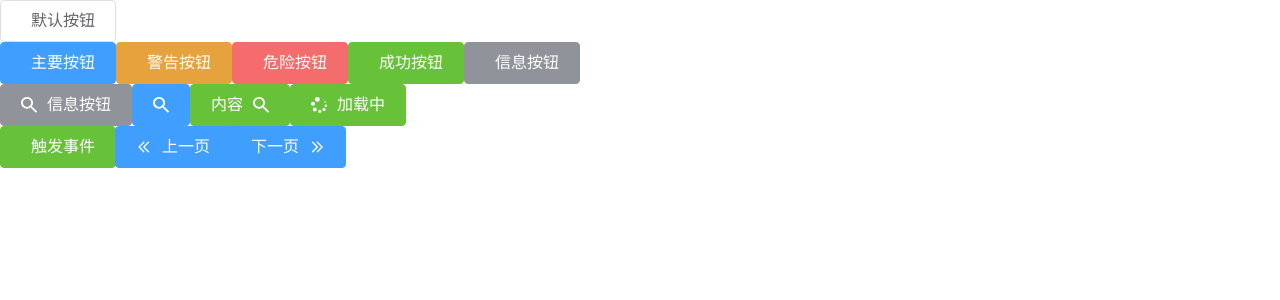
Repository: onlyadaydreamer/dreamer-ui
Page: /
The author's editor kept a copy of each file at every save. The page is drawn from the files as they stood at one save, then again after the next save.
The browser window is 1280 px wide. The pictures show the whole page.
The project was rebuilt for these pictures with package versions that can differ from the ones it lists, and the page was loaded fresh each time. Also part of the build but not shown: src/styles/icon.js, src/packages/index.js.

Above is the page before, as saved 2020-05-14 09:23:47.

### src/main.js
import Vue from 'vue'
import App from './App.vue'

Vue.config.productionTip = false

import dreamerUI from './packages/index';
Vue.use(dreamerUI);

new Vue({
  render: h => h(App),
}).$mount('#app')

### src/App.vue
<template>
    <div id="app">
        <!-- 默认按钮 -->
        <dreamer-button>默认按钮</dreamer-button>
        <br />
        <!-- 带类型的按钮 -->
        <dreamer-button type="primary">主要按钮</dreamer-button>
        <dreamer-button type="warning">警告按钮</dreamer-button>
        <dreamer-button type="danger">危险按钮</dreamer-button>
        <dreamer-button type="success">成功按钮</dreamer-button>
        <dreamer-button type="info">信息按钮</dreamer-button>
        <br />
        <!-- 带icon的按钮 -->
        <dreamer-button type="info" icon="search">信息按钮</dreamer-button>
        <dreamer-button type="primary" icon="search"></dreamer-button>
        <dreamer-button type="success" icon="search" icon-position="right">内容</dreamer-button>
        <!-- loading按钮 -->
        <dreamer-button type="success" icon="loading" :loading="true">加载中</dreamer-button>
        <br />
        <!-- 触发事件 -->
        <dreamer-button type="success" @click="fn">触发事件</dreamer-button>
        <!-- 分组按钮 -->
        <dreamer-button-group>
            <dreamer-button type="primary" icon="icon_paging_left" icon-position="left">上一页</dreamer-button>
            <dreamer-button type="primary" icon="icon_paging_right" icon-position="right">下一页</dreamer-button>
        </dreamer-button-group>
    </div>
</template>

<script>

export default {
    name: 'app',
    methods: {
        fn() {
            alert('click');
        }
    }
}
</script>

<style lang="scss">
</style>

### src/packages/button.vue
<template>
    <button class="dreamer-button" :class="btnClass" :disabled="loading" @click="$emit('click', $event)">
        <dreamer-icon v-if="icon && !loading" :icon="icon" class="icon"></dreamer-icon>
        <dreamer-icon v-if="icon && loading" :icon="icon" class="icon"></dreamer-icon>
        <!--有可能不写文案-->
        <span v-if="this.$slots.default">
            <slot></slot>
        </span>
    </button>
</template>

<script>
export default {
    name: 'dreamer-button',
    props: {
        type: {
            type: String,
            default: '',
            validator(type) {
                if (type && !['primary', 'success', 'warning', 'info', 'danger'].includes(type)) {
                    console.error('type类型必须为' + ['primary', 'success', 'warning', 'info', 'danger'].join('、'));
                }
                return true;// 最终都通过校验
            }
        },
        icon: {
            type: String
        },
        iconPosition: {
            type: String,
            default: 'left',
            validator(position) {
                if (position && !['left', 'right'].includes(position)) {
                    console.error('position必须为' + ['left', 'right'].join('、'));
                }
                return true;
            }
        },
        loading: {
            type: Boolean,
            default: false
        }
    },
    computed: {
        btnClass() {
            let classes = [];
            if (this.type) {
                classes.push(`dreamer-button-${this.type}`);
            }
            if (this.iconPosition) {
                classes.push(`dreamer-button-${this.iconPosition}`);
            }
            return classes;
        }
    }
}
</script>

<style lang="scss">
@import "../styles/_var.scss";
$height: 42px;
$font-size: 16px;
$color: #606266;
$border-color: #dcdfe6;
$background: #ecf5ff;
$active-color: #3a8ee6;

.dreamer-button {
    border-radius: $border-radius;
    border: 1px solid $border-color;
    color: $color;
    background: #fff;
    height: $height;
    cursor: pointer;
    font-size: $font-size;
    line-height: 1;
    padding: 12px 20px;
    display: inline-flex;
    justify-content: center;
    vertical-align: middle;
    &:hover {
        border-color: $border-color;
        background-color: $background;
    }
    &:focus,
    &:active {
        color: $active-color;
        border: 1px solid $active-color;
        outline: none;
        background-color: $background;
    }
    //   &-primary {}
    //   &-success {}
    //    ... 这么一遍一遍写太麻烦
    @each $type,
        $color
            in (
                primary: $primary,
                success: $success,
                info: $info,
                warning: $warning,
                danger: $danger
            )
    {
        &-#{$type} {
            background: #{$color};
            border: 1px solid #{$color};
            color: #fff;
            fill: #fff;// 设置填充内容的颜色
        }
    }
    @each $type,
        $color
            in (
                primary: $primary-hover,
                success: $success-hover,
                info: $info-hover,
                warning: $warning-hover,
                danger: $danger-hover
            )
    {
        &-#{$type}:hover {
            background: #{$color};
            border: 1px solid #{$color};
            color: #fff;
        }
    }
    @each $type,
        $color
            in (
                primary: $primary-active,
                success: $success-active,
                info: $info-active,
                warning: $warning-active,
                danger: $danger-active
            )
    {
        &-#{$type}:active,
        &-#{$type}:focus {
            background: #{$color};
            border: 1px solid #{$color};
            color: #fff;
        }
    }
    .icon {
        width: 16px;
        height: 16px;
    }

    &-left {// 通过order控制顺序
        svg{order: 1};
        span {order: 2; margin-left: 10px;};
    }
    &-right {
        svg{order: 2};
        span {order: 1; margin-right: 10px;};
    }
    &[disabled] {// 属性选择器
        cursor: not-allowed;
    }
}
</style>

### src/packages/icon.vue
<template>
   <svg class="dreamer-icon" aria-hidden="true">
        <use :xlink:href="`#icon-${icon}`"></use>
    </svg>
</template>

<script>
import '../styles/icon';
export default {
    name: 'dreamer-icon',
    props: {
        icon: {
            type: String,
            required: true
        }
    }
}
</script>

<style lang="scss">
.dreamer-icon {
       width: 25px;
       height: 25px;
       vertical-align: middle;
    }
</style>

### src/packages/button-group.vue
<template>
   <div class="dreamer-button-group">
       <slot></slot>
   </div>
</template>

<script>
export default {
    name: 'dreamer-button-group',
    // 按钮组只能放按钮,这个需要校验
    mounted() {
        let children = this.$el.children;
        for (let i = 0; i < children.length; i++) {
            console.assert(children[i].tagName === 'BUTTON', '子元素必须为button')
        }
    }
}
</script>

<style lang="scss">
@import '../styles/_var.scss';
.dreamer-button-group {
    position: relative;
    display: inline-flex;
    vertical-align: middle;
    button {
        border-radius: 0;
        &:not(first-child) {
            margin-left: -1px;
        }
        &:first-child {
            border-top-left-radius: $border-radius;
            border-bottom-left-radius: $border-radius;
        }
         &:last-child {
            border-top-right-radius: $border-radius;
            border-bottom-right-radius: $border-radius;
        }
        &:hover {
            z-index: 1;
        }
        &:focus {
            z-index: 1;
        }
    }
}
</style>

### src/styles/_var.scss
$border-radius: 4px;

$primary: #409EFF;
$success: #67C23A;
$warning: #E6A23C;
$danger: #F56C6C;
$info: #909399;

$primary-hover: #66B1FF;
$success-hover: #85CE61;
$warning-hover: #EBB563;
$danger-hover: #F78989;
$info-hover: #A6A9AD;

$primary-active: #3A8EE6;
$success-active: #5DAF34;
$warning-active: #CF9236;
$danger-active: #DD6161;
$info-active: #82848A;

* {
    padding: 0;
    margin: 0;
    box-sizing: border-box;
}

Loaded but not shown: public/index.html (common file)

After the next save:
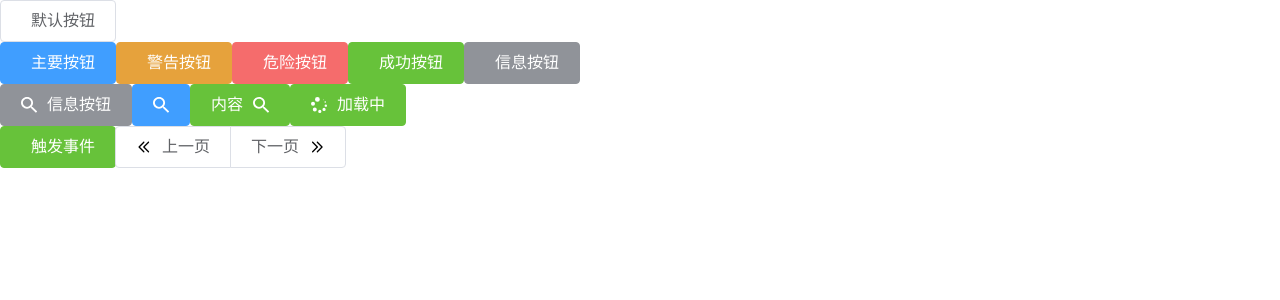
Saved 27 s later.
--- a/src/App.vue
+++ b/src/App.vue
@@ -21,8 +21,8 @@
         <dreamer-button type="success" @click="fn">触发事件</dreamer-button>
         <!-- 分组按钮 -->
         <dreamer-button-group>
-            <dreamer-button type="primary" icon="icon_paging_left" icon-position="left">上一页</dreamer-button>
-            <dreamer-button type="primary" icon="icon_paging_right" icon-position="right">下一页</dreamer-button>
+            <dreamer-button type="" icon="icon_paging_left" icon-position="left">上一页</dreamer-button>
+            <dreamer-button type="" icon="icon_paging_right" icon-position="right">下一页</dreamer-button>
         </dreamer-button-group>
     </div>
 </template>
